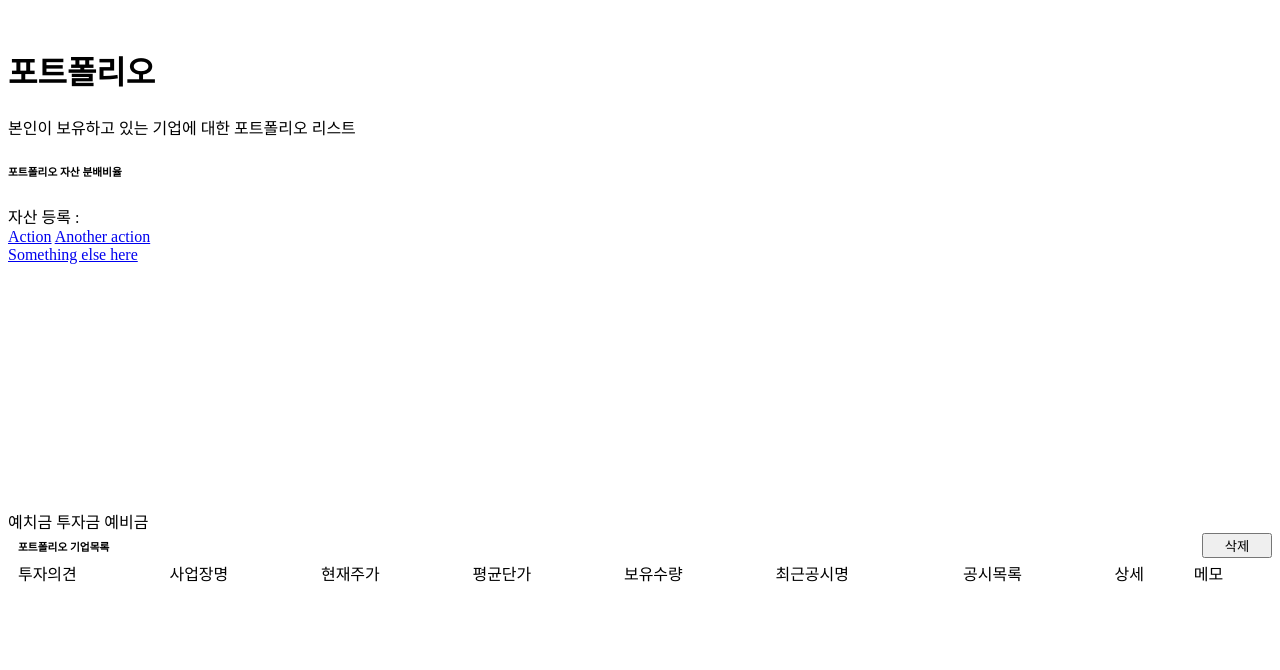
Repository: bangProgram/PJT_Finance
Page: http://localhost/Finance/WEB-INF/views/portfolio/portfolioDetail.jsp
The author's editor kept a copy of each file at every save. The page is drawn from the files as they stood at one save, then again after the next save.
The browser window is 1280 px wide. The pictures show the whole page.
The page is served by Tomcat 9. Nobody is signed in. The template is opened directly, without the code that normally fills it, so the values that code supplies are empty.

Above is the page before, as saved 2022-11-10 07:44:28.
Console error: SyntaxError: Unexpected token ','

After the next save:
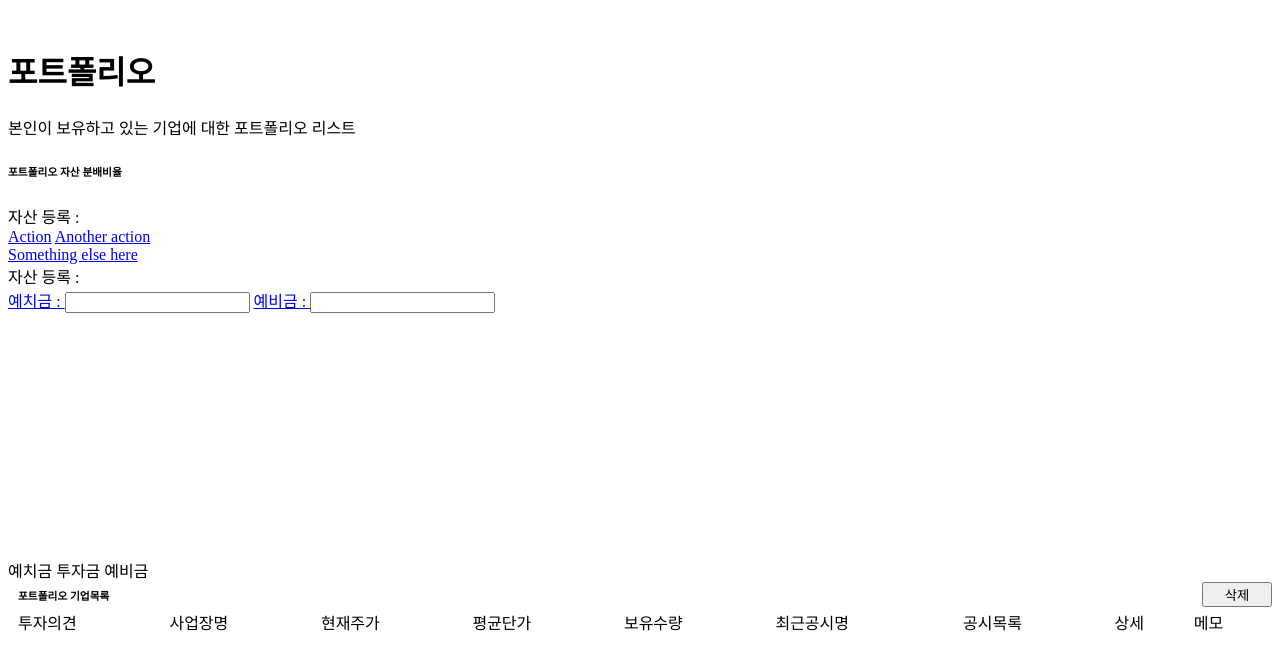
Saved 3 s later.
--- a/Finance/src/main/webapp/WEB-INF/views/portfolio/portfolioDetail.jsp
+++ b/Finance/src/main/webapp/WEB-INF/views/portfolio/portfolioDetail.jsp
@@ -256,6 +256,9 @@
 	                    <a class="dropdown-item" href="#">Another action</a>
 	                    <div class="dropdown-divider"></div>
 	                    <a class="dropdown-item" href="#">Something else here</a>
+	                    <div class="dropdown-header">자산 등록 :</div>
+	                    <a class="dropdown-item" href="#">예치금 : <input type="text" name="pCorpName" id="pCorpName" value="" title="사업장명"></a>
+	                    <a class="dropdown-item" href="#">예비금 : <input type="text" name="pCorpName" id="pCorpName" value="" title="사업장명"></a>
 	                </div>
 	            </div>
 	        </div>
